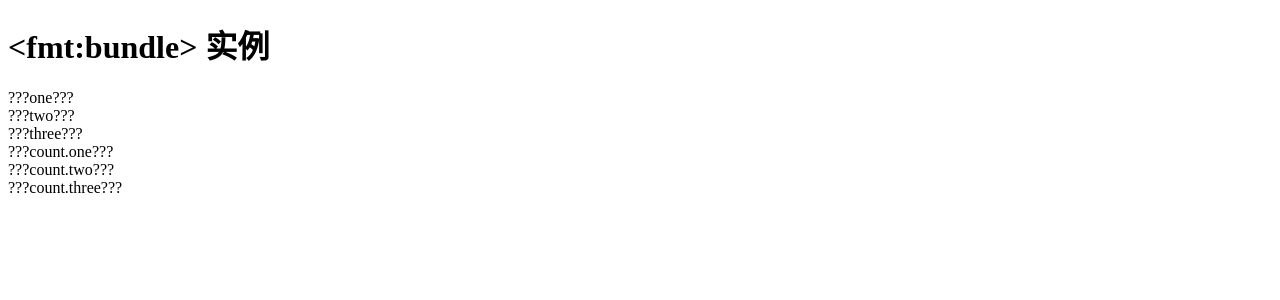
Repository: eterinfi/java
Page: http://localhost/JSPDemo/JSTLDemo/fmt/fmt_setLocale.jsp
The author's editor kept a copy of each file at every save. The page is drawn from the files as they stood at one save, then again after the next save.
The browser window is 1280 px wide. The pictures show the whole page.
The page is served by Tomcat 9.

Above is the page before, as saved 2016-11-15 14:12:44.

After the next save:
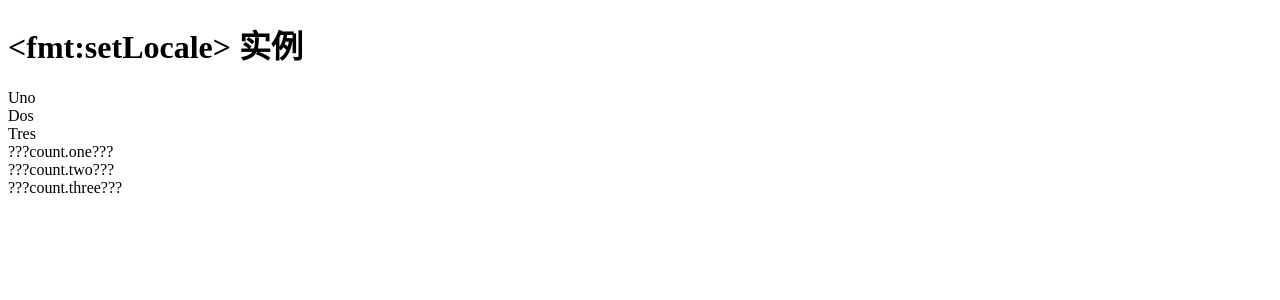
Saved 5 s later.
--- a/jee/JSPDemo/WebContent/JSTLDemo/fmt/fmt_setLocale.jsp
+++ b/jee/JSPDemo/WebContent/JSTLDemo/fmt/fmt_setLocale.jsp
@@ -1,20 +1,20 @@
 <%@ page language="java" contentType="text/html; charset=UTF-8"
     pageEncoding="UTF-8"%>
-<%@ taglib prefix="c" uri="http://java.sun.com/jsp/jstl/core" %>
 <%@ taglib prefix="fmt" uri="http://java.sun.com/jsp/jstl/fmt" %>
 <!DOCTYPE html PUBLIC "-//W3C//DTD HTML 4.01 Transitional//EN" "http://www.w3.org/TR/html4/loose.dtd">
 <html>
 <head>
   <meta http-equiv="Content-Type" content="text/html; charset=UTF-8">
-  <title>JSTL fmt:bundle 标签实例</title>
+  <title>JSTL fmt:setLocale 标签实例</title>
 </head>
 <body>
-  <h1>&lt;fmt:bundle&gt; 实例</h1>
-  <fmt:bundle basename="JSTLDemo.fmt.Example_EN" prefix="count.">
+  <h1>&lt;fmt:setLocale&gt; 实例</h1>
+  <fmt:bundle basename="JSTLDemo.fmt.Example_ES" prefix="count.">
     <fmt:message key="one" /><br />
     <fmt:message key="two" /><br />
     <fmt:message key="three" /><br />
   </fmt:bundle>
+  <!-- 修改地区 -->
   <fmt:bundle basename="JSTLDemo.fmt.Example_EN">
     <fmt:message key="count.one" /><br />
     <fmt:message key="count.two" /><br />
